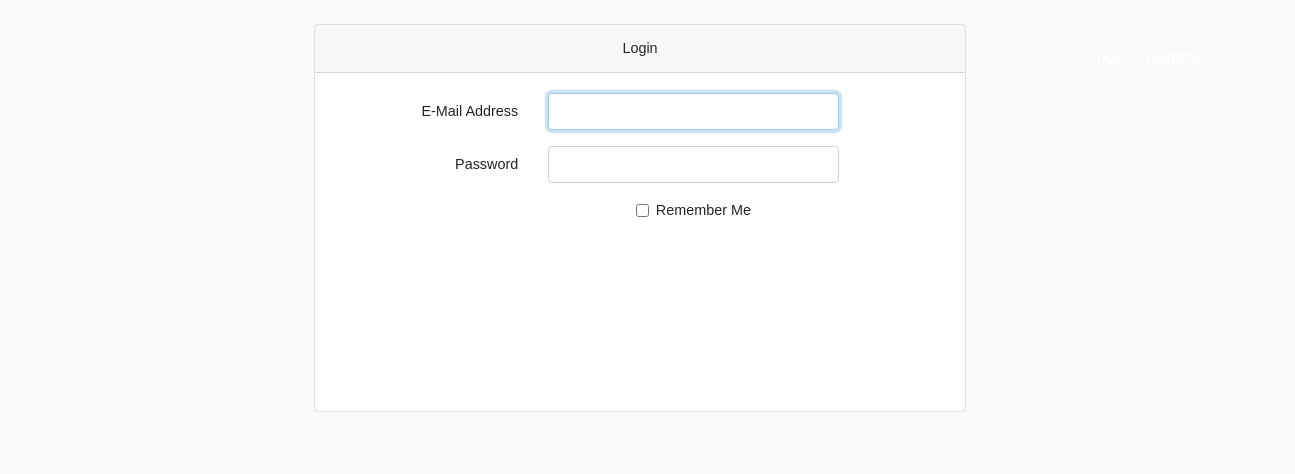
Repository: PatryxB/buildHouse
Page: http://localhost/login
These files come from the project's save history. The page is drawn as it stood at one moment and after the next save; the edit follows.
The browser window is 1280 px wide. The page is 1280 px wide, then 1295 px, so the pictures cover 1295 px, including what lies to the right of the window. The pictures show the whole page.
Some web fonts or font styles are not loaded; a fallback is used. The page is served by the project's Laravel application, run on PHP 8.4 with Laravel 8. Style sheets and scripts are compiled from the project's sources, by tool versions that may differ from the author's.

Above is the page before, as saved 2020-04-30 20:35:23.

After the next save:
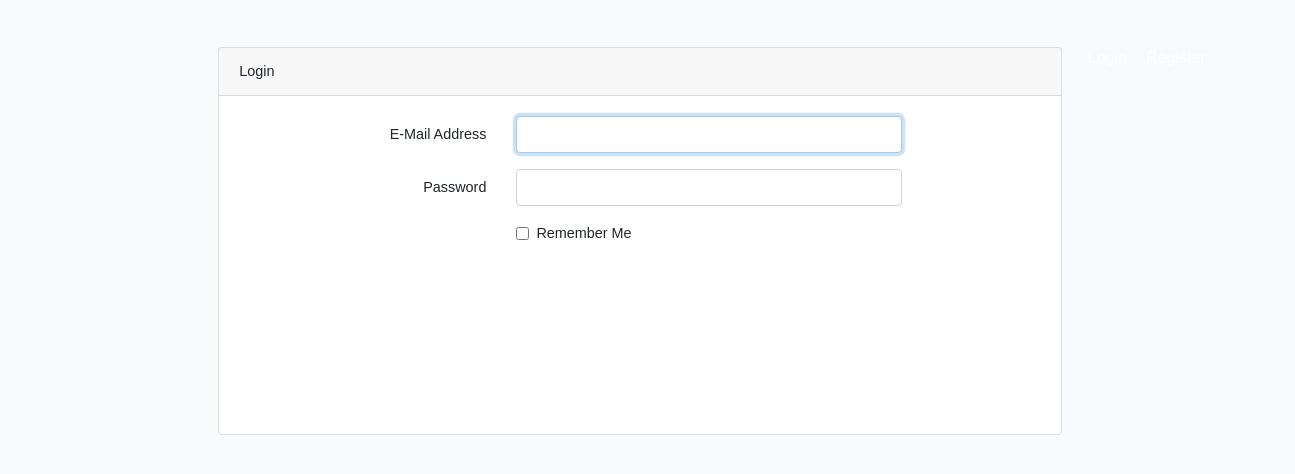
Saved 68 s later.
--- a/resources/sass/app.scss
+++ b/resources/sass/app.scss
@@ -53,11 +53,6 @@ nav a {
     color:rgba(92, 217, 255, 0.4);
 }
 .container{
-    width: 80%;
-    margin: 0 auto;
-    text-align: center;
+    display: inline;
+    justify-content: space-between;
 }
-.info{
-    float:left;
-    margin-left: 50px;
-}
